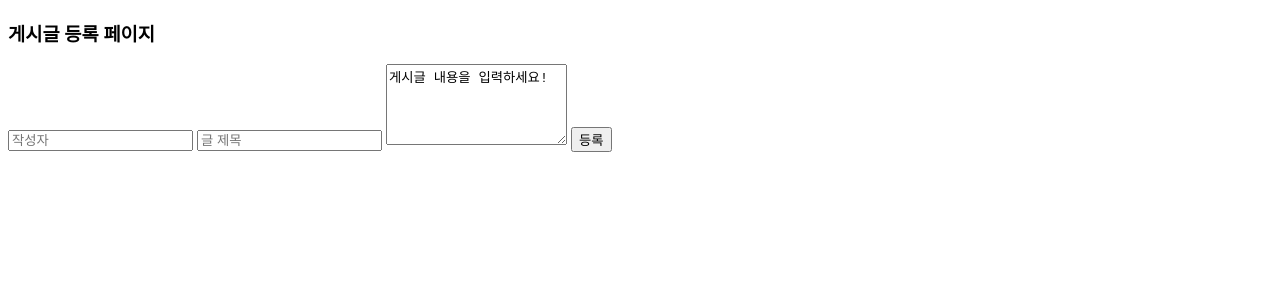
Repository: kitae1995/jsp-pratice
Page: http://localhost/JspBasic/board/board_write2.jsp
The author's editor kept a copy of each file at every save. The page is drawn from the files as they stood at one save, then again after the next save.
The browser window is 1280 px wide. The pictures show the whole page.
The page is served by Tomcat 9.

Above is the page before, as saved 2023-09-14 09:03:07.

After the next save:
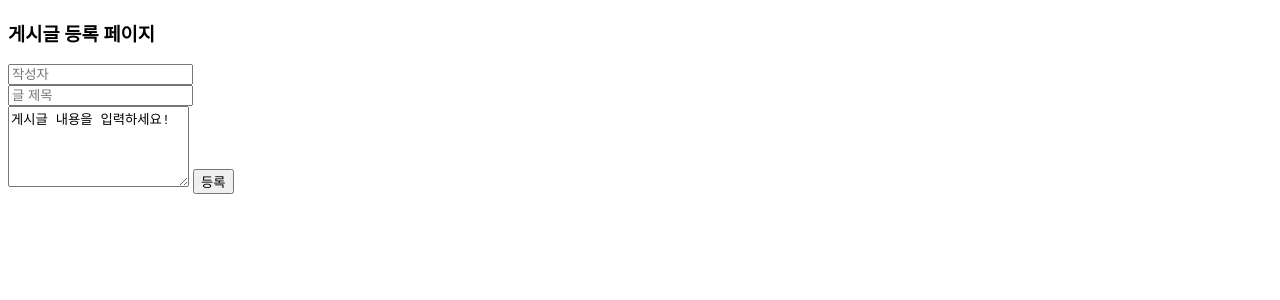
Saved 14 s later.
--- a/JspBasic/src/main/webapp/board/board_write2.jsp
+++ b/JspBasic/src/main/webapp/board/board_write2.jsp
@@ -9,8 +9,8 @@
 <body>
 <h3>게시글 등록 페이지</h3>
 <form action="/JspBasic/regist.board">
-<input type="text" name="writer" placeholder="작성자">
-<input type="text" name="title" placeholder="글 제목">
+<input type="text" name="writer" placeholder="작성자"><br>
+<input type="text" name="title" placeholder="글 제목"><br>
 <textarea rows="5">게시글 내용을 입력하세요!</textarea>
 <input type="button" value="등록">
 </form>
